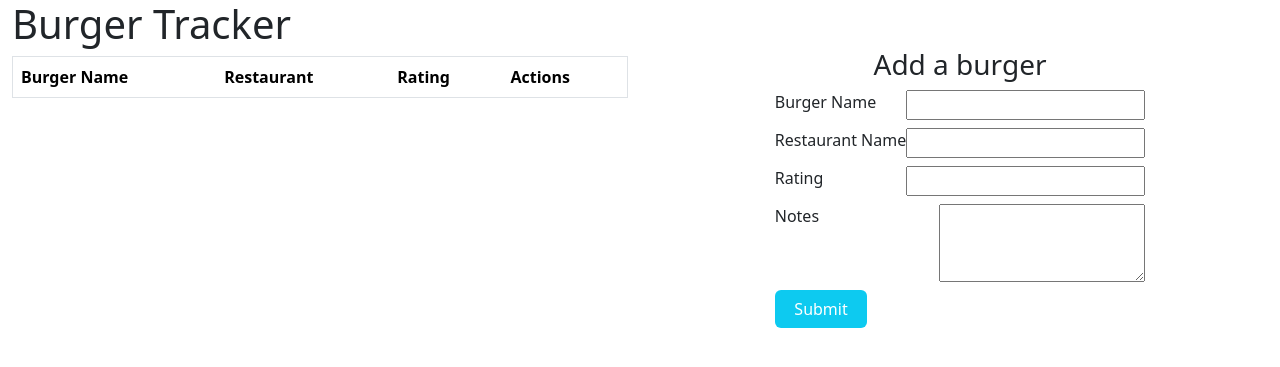
Repository: Hokusai12/Java_Dojo
Page: http://localhost/burgertracker/WEB-INF/index.jsp
An editor plug-in stored every save of this project. The page is shown before and after the next save, followed by the edit.
The browser window is 1280 px wide. The pictures show the whole page.
The page is served by Tomcat 9. Nobody is signed in. Other server files are loaded and not shown. The template is opened directly, without the code that normally fills it, so the values that code supplies are empty.

Above is the page before, as saved 2023-03-05 20:39:56.

### Spring/MVC/burgertracker/src/main/webapp/WEB-INF/index.jsp
<%@ page language="java" contentType="text/html; charset=ISO-8859-1"
	pageEncoding="ISO-8859-1"%>
<%@ taglib prefix="c" uri="http://java.sun.com/jsp/jstl/core"%>
<%@ taglib prefix="form" uri="http://www.springframework.org/tags/form"%>
<%@ page isErrorPage="true"%>
<!DOCTYPE html>
<html>
<head>
<meta charset="ISO-8859-1">
<link
	href="https://cdn.jsdelivr.net/npm/bootstrap@5.3.0-alpha1/dist/css/bootstrap.min.css"
	rel="stylesheet"
	integrity="sha384-GLhlTQ8iRABdZLl6O3oVMWSktQOp6b7In1Zl3/Jr59b6EGGoI1aFkw7cmDA6j6gD"
	crossorigin="anonymous">
<title>Burgerator</title>
</head>
<body>
	<div class="d-flex">
		<div class="container col-6">
			<h1>Burger Tracker</h1>
			<table class="table border">
				<thead>
					<tr>
						<th>Burger Name</th>
						<th>Restaurant</th>
						<th>Rating</th>
						<th>Actions</th>
					</tr>
				</thead>
				<tbody>
					<c:forEach items="${burgers}" var="burger">
						<tr>
							<td>${burger.name}</td>
							<td>${burger.restaurant}</td>
							<td>${burger.rating}</td>
							<td><a href="/burgers/edit/${burger.id}">Edit</a></td>
						</tr>
					</c:forEach>
				</tbody>
			</table>
		</div>
		<div class="container mt-5 d-flex flex-column align-items-center">
			<h3>Add a burger</h3>
			<form:form class="d-flex flex-column gap-2" action="/"
				method="POST" modelAttribute="burger">
				<div class="d-flex justify-content-between">
					<form:label path="name">Burger Name</form:label>
					<form:input type="text" path="name" />
				</div>
				<form:errors class="text-danger" path="name" />
				<div class="d-flex justify-content-between">
					<form:label path="restaurant">Restaurant Name</form:label>
					<form:input type="text" path="restaurant" />
				</div>
				<form:errors class="text-danger" path="restaurant" />
				<div class="d-flex justify-content-between">
					<form:label path="rating">Rating</form:label>
					<form:input type="text" path="rating" step="0.1" />
				</div>
				<form:errors class="text-danger" path="rating" />
				<div class="d-flex justify-content-between">
					<form:label path="notes">Notes</form:label>
					<form:textarea path="notes" id="notes" cols="20" rows="3"></form:textarea>
				</div>
				<form:errors class="text-danger" path="notes" />
				<input
					class="col-3 btn bg-info text-white <align-self-end></align-self-end>"
					type="submit" value="Submit" />
			</form:form>
		</div>
	</div>
</body>
</html>

After the next save:
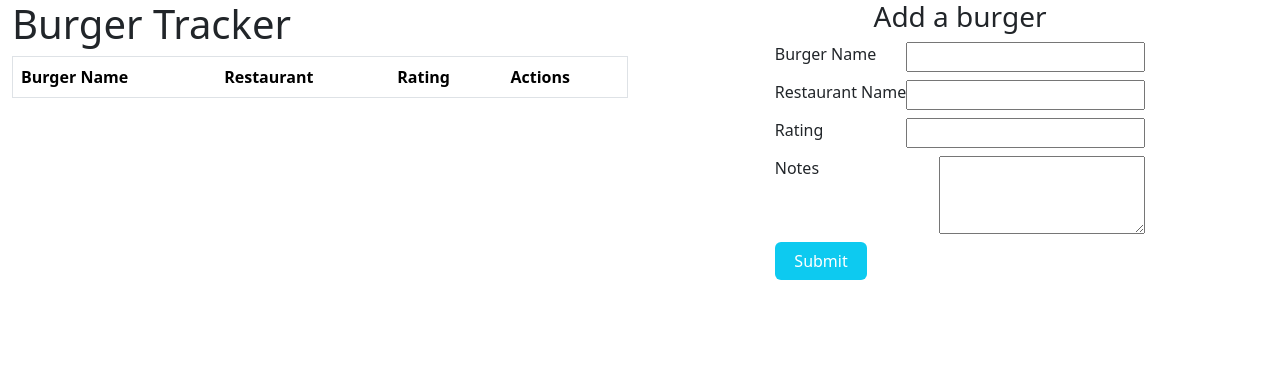
Saved 55 s later.
--- a/Spring/MVC/burgertracker/src/main/webapp/WEB-INF/index.jsp
+++ b/Spring/MVC/burgertracker/src/main/webapp/WEB-INF/index.jsp
@@ -39,7 +39,7 @@
 				</tbody>
 			</table>
 		</div>
-		<div class="container mt-5 d-flex flex-column align-items-center">
+		<div class="container d-flex flex-column align-items-center">
 			<h3>Add a burger</h3>
 			<form:form class="d-flex flex-column gap-2" action="/"
 				method="POST" modelAttribute="burger">
